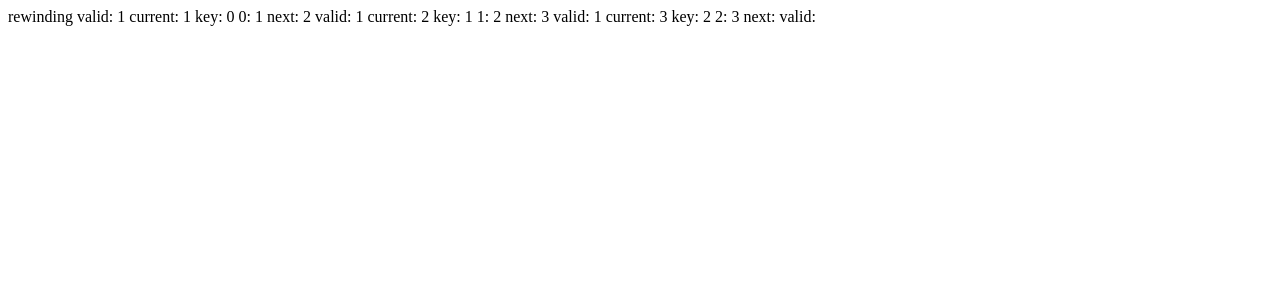
Repository: jyotsna1234/bugappmvc
Page: http://localhost/objectiterator.php
An editor plug-in stored every save of this project. The page is shown before and after the next save, followed by the edit.
The browser window is 1280 px wide. The pictures show the whole page.
The page is run by PHP 8.4 with error messages shown; the project is at /var/www/html/.

Above is the page before, as saved 2014-04-09 04:35:47.

After the next save:
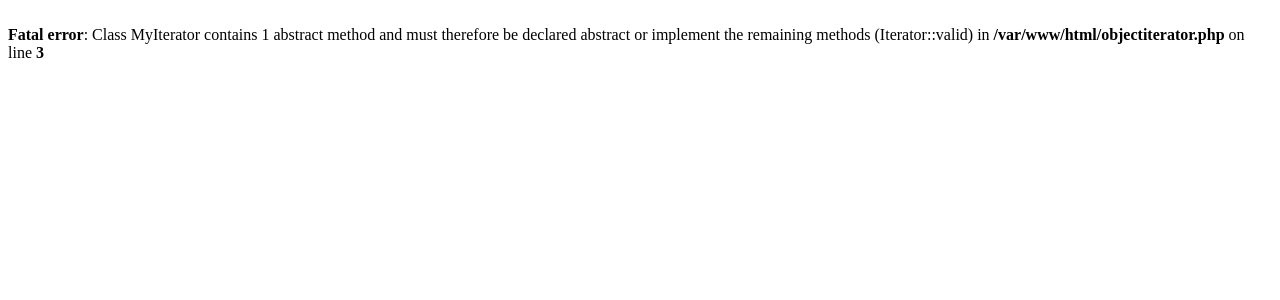
Saved 9 s later.
--- a/oops_php/objectiterator.php
+++ b/oops_php/objectiterator.php
@@ -38,13 +38,13 @@ class MyIterator implements Iterator
         return $var;
     }
 
-    public function valid()
+   /* public function valid()
     {
         $key = key($this->var);
         $var = ($key !== NULL && $key !== FALSE);
         echo "valid: $var\n";
         return $var;
-    }
+    }*/
 
 }
 
